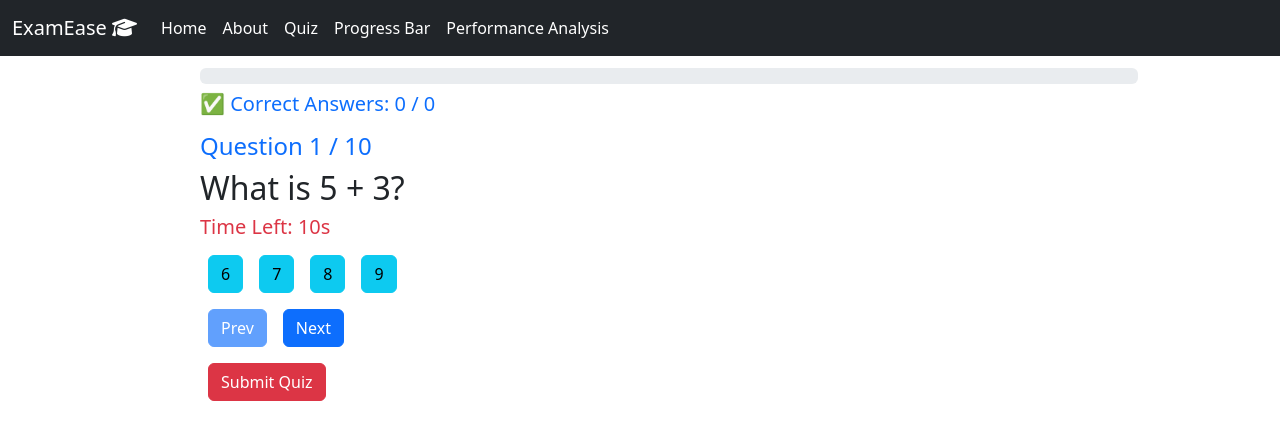
Repository: rahul-chakradhari/devquest
Page: /quiz (app in project/)
The author's editor kept a copy of each file at every save. The page is drawn from the files as they stood at one save, then again after the next save.
The browser window is 1280 px wide. The pictures show the whole page.
The project was rebuilt for these pictures with package versions that can differ from the ones it lists, and the page was loaded fresh each time. Also part of the build but not shown: project/vite.config.js, project/src/components/Home.jsx, project/src/components/About.jsx, project/src/components/PerformanceAnalysis.jsx, project/src/index.css.

Above is the page before, as saved 2025-02-23 18:15:50.

### project/index.html
<!DOCTYPE html>
<html lang="en">
  <head>
    <meta charset="UTF-8" />
    <link rel="icon" type="image/svg+xml" href="/vite.svg" />
    <meta name="viewport" content="width=device-width, initial-scale=1.0" />
    <title>ExamEase - Interactive Quiz & Assessment System</title>
    <link
      href="https://cdn.jsdelivr.net/npm/bootstrap@5.3.3/dist/css/bootstrap.min.css"
      rel="stylesheet"
      integrity="sha384-QWTKZyjpPEjISv5WaRU9OFeRpok6YctnYmDr5pNlyT2bRjXh0JMhjY6hW+ALEwIH"
      crossorigin="anonymous"
    />
    <link rel="stylesheet" href="https://cdnjs.cloudflare.com/ajax/libs/font-awesome/6.5.1/css/all.min.css">

  </head>
  <body>
    <div id="root"></div>
    <script type="module" src="/src/main.jsx"></script>
    <script
      src="https://cdn.jsdelivr.net/npm/bootstrap@5.3.3/dist/js/bootstrap.bundle.min.js"
      integrity="sha384-YvpcrYf0tY3lHB60NNkmXc5s9fDVZLESaAA55NDzOxhy9GkcIdslK1eN7N6jIeHz"
      crossorigin="anonymous"
    ></script>
  </body>
</html>

### project/src/App.jsx
import { useState } from "react";
import "./App.css";
import React from "react";
import { BrowserRouter as Router, Routes, Route } from "react-router-dom";
import Navbar from "./components/Navbar";
import Home from "./components/Home";
import About from "./components/About";
import Quiz from "./components/Quiz";
import ProgressBar from "./components/ProgressBar";
import PerformanceAnalysis from "./components/PerformanceAnalysis";

function App() {
  const [count, setCount] = useState(0);
  const [questionStats, setQuestionStats] = useState({});
  return (
    <>
      <Router>
        <Navbar />
        <Routes>
          <Route path="/about" element={<About />} />
          <Route path="/" element={<Home />} />
          <Route path="/quiz" element={<Quiz />} />
          <Route path="/bar" element={<ProgressBar />} />
          <Route
            path="/ana"
            element={
              <PerformanceAnalysis questionStats={questionStats || {}} />
            }
          />
        </Routes>
      </Router>
    </>
  );
}

export default App;

### project/src/App.css
.right {
  width: 900px;
  height: 400px;
}
.stl,
.welcome {
  margin-left: 600px;
}
.left {
  font-size: 12px; /* Overall text size kam hoga */
}

.welcome {
  font-size: 18px; /* Heading ke liye */
}

.stl {
  font-size: 12px; /* Description text ke liye */
}
.welcome {
  margin-top: 2px;
}

.quiz-container {
  margin-left: 200px;
  margin-top: 12px;
}
.about {
  margin-left: 12px;
  margin-top: 12px;
}
.progress {
  margin-right: 142px;
}

### project/src/components/Navbar.jsx
import React from "react";
import { Link } from "react-router-dom";

const Navbar = () => {
  return (
    <nav className="navbar navbar-expand-lg navbar-dark bg-dark">
      <div className="container-fluid">
        <Link className="navbar-brand" to="/">
          ExamEase <i className="fa-solid fa-graduation-cap"></i>
        </Link>
        <button
          className="navbar-toggler"
          type="button"
          data-bs-toggle="collapse"
          data-bs-target="#navbarSupportedContent"
          aria-controls="navbarSupportedContent"
          aria-expanded="false"
          aria-label="Toggle navigation"
        >
          <span className="navbar-toggler-icon"></span>
        </button>
        <div className="collapse navbar-collapse" id="navbarSupportedContent">
          <ul className="navbar-nav me-auto mb-2 mb-lg-0">
            <li className="nav-item">
              <Link className="nav-link active" to="/">
                Home
              </Link>
            </li>
            <li className="nav-item">
              <Link className="nav-link active" to="/about">
                About
              </Link>
            </li>
            <li className="nav-item">
              <Link className="nav-link active" to="/quiz">
                Quiz
              </Link>
            </li>
            <li className="nav-item">
              <Link className="nav-link active" to="/bar">
                Progress Bar
              </Link>
            </li>
            <li className="nav-item">
              <Link className="nav-link active" to="/ana">
                Performance Analysis
              </Link>
            </li>
          </ul>
        </div>
      </div>
    </nav>
  );
};

export default Navbar;

### project/src/components/Quiz.jsx
import React, { useState, useEffect } from "react";
import ProgressBar from "./ProgressBar";

const questions = [
  { question: "What is 5 + 3?", options: ["6", "7", "8", "9"], answer: "8" },
  { question: "What is 12 - 4?", options: ["6", "7", "8", "9"], answer: "8" },
  {
    question: "Solve: (2 + 3) × 4",
    options: ["20", "10", "25", "30"],
    answer: "20",
  },
  { question: "What is 9 ÷ 3?", options: ["1", "3", "9", "6"], answer: "3" },
  {
    question: "Solve: 15 - (4 + 3)",
    options: ["6", "8", "9", "12"],
    answer: "8",
  },
  {
    question: "What is 7 × 2?",
    options: ["10", "12", "14", "16"],
    answer: "14",
  },
  {
    question: "Solve: (8 + 2) ÷ 2",
    options: ["2", "4", "5", "6"],
    answer: "5",
  },
  {
    question: "What is 4 × 3 - 2?",
    options: ["10", "11", "12", "14"],
    answer: "10",
  },
  { question: "Solve: 6 + 4 ÷ 2", options: ["3", "5", "8", "10"], answer: "8" },
  { question: "What is 3²?", options: ["6", "9", "12", "15"], answer: "9" },
];

const Quiz = () => {
  const [currentQuestion, setCurrentQuestion] = useState(0);
  const [selectedAnswers, setSelectedAnswers] = useState({});
  const [timeLeft, setTimeLeft] = useState(15);
  const [score, setScore] = useState(null);
  const [showFeedback, setShowFeedback] = useState(false);

  useEffect(() => {
    if (timeLeft === 0) {
      handleNext();
      return;
    }
    const timer = setTimeout(() => setTimeLeft(timeLeft - 1), 1000);
    return () => clearTimeout(timer);
  }, [timeLeft]);

  useEffect(() => {
    setTimeLeft(15);
  }, [currentQuestion]);

  const handleNext = () => {
    if (currentQuestion < questions.length - 1) {
      setCurrentQuestion(currentQuestion + 1);
    }
  };

  const handlePrev = () => {
    if (currentQuestion > 0) {
      setCurrentQuestion(currentQuestion - 1);
    }
  };

  const handleAnswerClick = (option) => {
    setSelectedAnswers({
      ...selectedAnswers,
      [currentQuestion]: option,
    });
  };

  const handleSubmit = () => {
    let calculatedScore = 0;

    questions.forEach((q, index) => {
      const userAnswer = selectedAnswers[index];
      if (userAnswer === q.answer) calculatedScore += 1;
    });

    setScore(calculatedScore);
    setShowFeedback(true);
  };

  const getFeedback = () => {
    if (score >= 8)
      return { message: "🎉 Excellent! Keep it up!", color: "text-success" };
    if (score >= 5)
      return {
        message: "🙂 Average scorer! You can do better!",
        color: "text-warning",
      };
    return {
      message: "😟 Low grade! Please improve yourself.",
      color: "text-danger",
    };
  };

  return (
    <div className="quiz-container">
      <ProgressBar
        answeredQuestions={Object.keys(selectedAnswers).length}
        totalQuestions={questions.length}
        correctCount={score ?? 0}
        previousCorrect={0}
      />

      {showFeedback ? (
        <>
          <h2 className="text-success">Quiz Completed!</h2>
          <h3 className="text-primary">
            Your Score: {score} / {questions.length}
          </h3>
          <h4 className={getFeedback().color}>{getFeedback().message}</h4>

          <div className="feedback mt-3">
            {questions.map((q, index) => (
              <p
                key={index}
                className={`text-${
                  selectedAnswers[index] === q.answer ? "success" : "danger"
                }`}
              >
                {index + 1}. {q.question} -{" "}
                {selectedAnswers[index] === q.answer
                  ? " ✅ Correct"
                  : ` ❌ Incorrect (Correct: ${q.answer})`}
              </p>
            ))}
          </div>

          <button
            type="button"
            className="btn btn-warning mt-3"
            onClick={() => window.location.reload()}
          >
            Restart Quiz
          </button>
        </>
      ) : (
        <>
          <h4 className="text-primary">
            Question {currentQuestion + 1} / {questions.length}
          </h4>
          <h2>{questions[currentQuestion].question}</h2>
          <h5 className="text-danger">Time Left: {timeLeft}s</h5>

          <div className="options mt-3">
            {questions[currentQuestion].options.map((option, index) => {
              const isSelected = selectedAnswers[currentQuestion] === option;
              return (
                <button
                  key={index}
                  type="button"
                  className={`btn ${
                    isSelected ? "btn-success" : "btn-info"
                  } mx-2`}
                  onClick={() => handleAnswerClick(option)}
                >
                  {option}
                </button>
              );
            })}
          </div>

          <div className="quiz-controls mt-3">
            <button
              type="button"
              className="btn btn-primary mx-2"
              onClick={handlePrev}
              disabled={currentQuestion === 0}
            >
              Prev
            </button>

            {currentQuestion < questions.length - 1 && (
              <button
                type="button"
                className="btn btn-primary mx-2"
                onClick={handleNext}
              >
                Next
              </button>
            )}
          </div>

          <div className="submit-section mt-3">
            <button
              type="button"
              className="btn btn-danger mx-2"
              onClick={handleSubmit}
            >
              Submit Quiz
            </button>
          </div>
        </>
      )}
    </div>
  );
};

export default Quiz;

### project/src/components/ProgressBar.jsx
import React from "react";

const ProgressBar = ({
  answeredQuestions,
  totalQuestions,
  correctCount,
  previousCorrect,
}) => {
  const progressPercentage = (answeredQuestions / totalQuestions) * 100;
  const changeInCorrect =
    previousCorrect !== null && correctCount !== null
      ? correctCount - previousCorrect
      : 0;

  return (
    <div className="progress-container mb-3">
      <div className="progress">
        <div
          className="progress-bar bg-success"
          role="progressbar"
          style={{ width: `${progressPercentage}%` }}
        >
          {answeredQuestions} / {totalQuestions} Answered
        </div>
      </div>
      <h5 className="text-primary mt-2">
        ✅ Correct Answers: {correctCount} / {answeredQuestions}
      </h5>
      {answeredQuestions > 0 && changeInCorrect !== 0 && (
        <h6 className={changeInCorrect > 0 ? "text-success" : "text-danger"}>
          {changeInCorrect > 0
            ? `⬆️ +${changeInCorrect} improvement`
            : `⬇️ ${changeInCorrect} decrease`}
        </h6>
      )}
    </div>
  );
};

export default ProgressBar;

Loaded but not shown: project/src/main.jsx (common file)

After the next save:
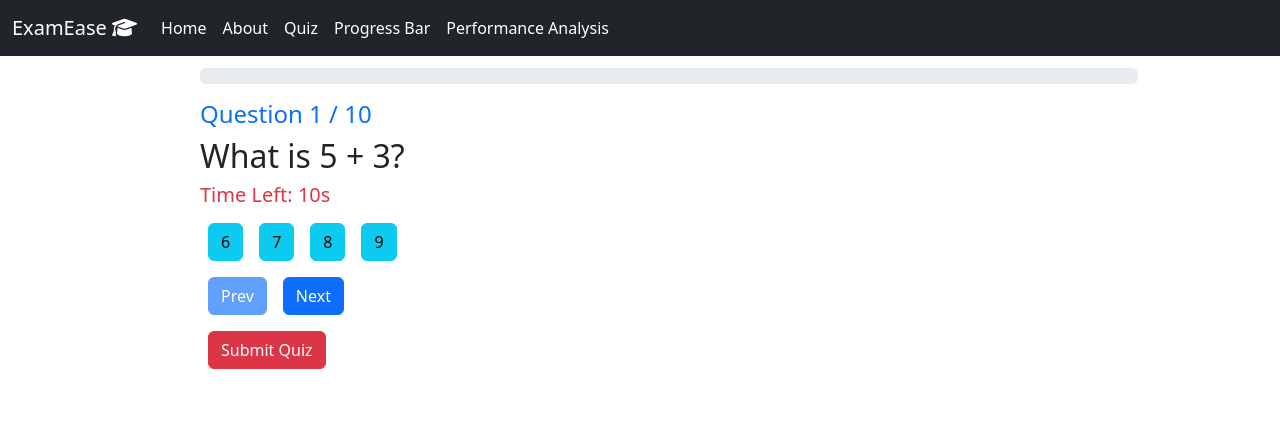
Saved 19 h 14 min later.
--- a/project/src/components/ProgressBar.jsx
+++ b/project/src/components/ProgressBar.jsx
@@ -5,6 +5,7 @@ const ProgressBar = ({
   totalQuestions,
   correctCount,
   previousCorrect,
+  showFinalResult, // New prop to check if quiz is completed
 }) => {
   const progressPercentage = (answeredQuestions / totalQuestions) * 100;
   const changeInCorrect =
@@ -23,9 +24,14 @@ const ProgressBar = ({
           {answeredQuestions} / {totalQuestions} Answered
         </div>
       </div>
-      <h5 className="text-primary mt-2">
-        ✅ Correct Answers: {correctCount} / {answeredQuestions}
-      </h5>
+
+      {/* ✅ Show correct answers only when the quiz is completed */}
+      {showFinalResult && (
+        <h5 className="text-primary mt-2">
+          ✅ Correct Answers: {correctCount} / {totalQuestions}
+        </h5>
+      )}
+
       {answeredQuestions > 0 && changeInCorrect !== 0 && (
         <h6 className={changeInCorrect > 0 ? "text-success" : "text-danger"}>
           {changeInCorrect > 0
